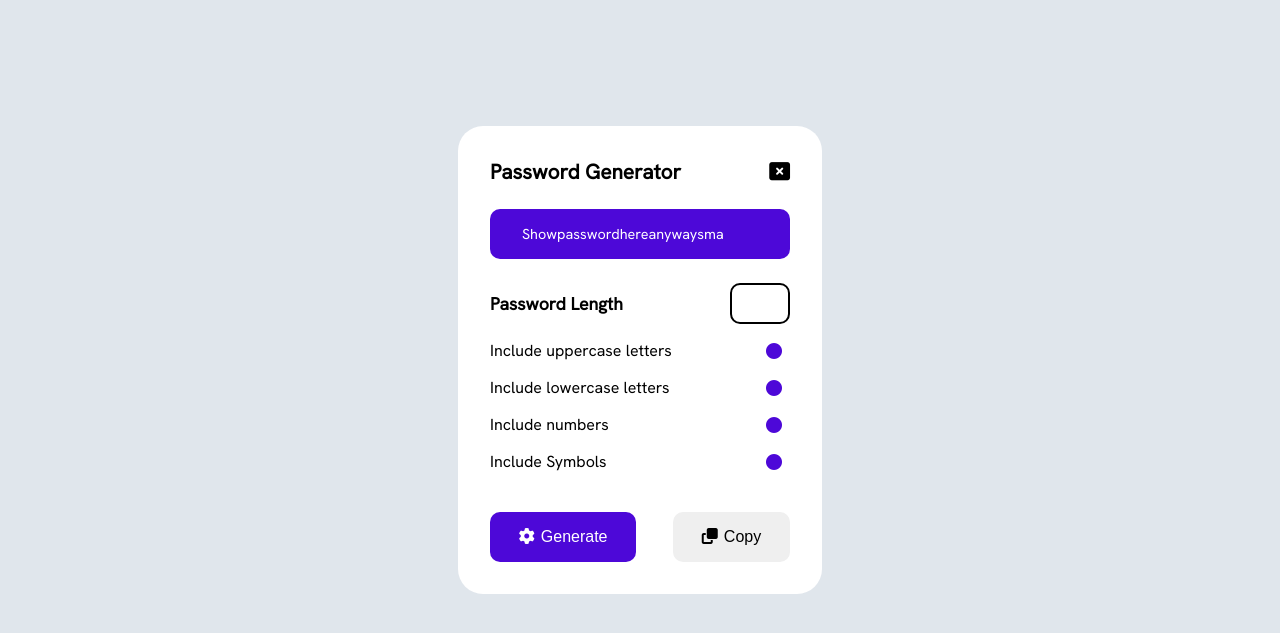
Repository: emiliaiwu/password_generator
Page: index.html
An editor plug-in stored every save of this project. The page is shown before and after the next save, followed by the edit.
The browser window is 1280 px wide. The pictures show the whole page.
Some web libraries are served in a nearby version.

Above is the page before, as saved 2022-12-14 05:07:05.

### index.html
<!DOCTYPE html>
<html lang="en">
<head>
    <meta charset="UTF-8">
    <meta http-equiv="X-UA-Compatible" content="IE=edge">
    <meta name="viewport" content="width=device-width, initial-scale=1.0">
    <link rel="stylesheet" href="style.css">
    <script src="https://kit.fontawesome.com/fd9c36575f.js" crossorigin="anonymous"></script>
    <title>Password Generator</title>
</head>
<body>
    <div class="container">
        <div class="title">
            <h2>Password Generator</h2>
            <i class="fa-solid fa-rectangle-xmark"></i>
        </div>

        <div class="display_password">
            <p>Showpasswordhereanywaysma</p>
        </div>

        <div class="password_attributes">
            <div class="password_length">
                <h3>Password Length</h3>
                <input type="text">
            </div>

            <div class="password_includes">
                <ul>
                    <li class="list">
                        <label for="uppercase" id="uppercase_letters">Include uppercase letters
                            <i class="fa-solid fa-circle"></i>
                            <i class="fa-solid fa-circle-check"></i>
                            <input type="checkbox" name="uppercase" id="uppercase" class="uppercase">
                        </label>
                    </li>
                    <li class="list">
                        <label for="lowercase" id="lowercase_letters">Include lowercase letters
                            <i class="fa-solid fa-circle"></i>
                            <i class="fa-solid fa-circle-check"></i>
                            <input type="checkbox" name="lowercase" id="lowercase" class="lowercase">
                        </label>
                    </li>
                    <li class="list">
                        <label for="numbers" id="include_numbers">Include numbers
                            <i class="fa-solid fa-circle"></i>
                            <i class="fa-solid fa-circle-check"></i>
                            <input type="checkbox" name="numbers" id="numbers" class="numbers">
                        </label>

                    </li>
                    <li class="list">
                        <label for="symbols" id="include_symbols">Include Symbols
                            <i class="fa-solid fa-circle"></i>
                            <i class="fa-solid fa-circle-check"></i>
                            <input type="checkbox" name="symbols" id="symbols" class="symbols">
                        </label>

                    </li>
                </ul>
            </div>
        </div>

        <div class="cta">
            <button class="btn generate"><i class="fa-solid fa-gear"></i>Generate</button>
            <button class="btn copy"><i class="fa-solid fa-clone"></i>Copy</button>
        </div>
    </div>
</body>
</html>

### style.css
@import url('https://fonts.googleapis.com/css2?family=Hanken+Grotesk:wght@300;400&display=swap');


* {
    margin: 0;
    padding: 0;
    box-sizing: border-box;
    list-style-type: none;
}


:root {
    --BG-COLOR: #fff;
    --BG-COLOR2:
}


body {
    width: 100vw;
    height: 100vh;
    font-family: 'Hanken Grotesk', sans-serif;
    display: flex;
    align-items: center;
    justify-content: center;
    color: #000;
    background-color: rgb(224, 230, 236);
}

.container {
    background-color: var(--BG-COLOR);
    display: flex;
    flex-direction: column;
    align-items: left;
    justify-content: space-between;
    gap: 1.5rem;
    padding: 2rem;
    border-radius: 25px;

}

h2 {
   font-size: 1.3rem;
   font-family: inherit;
}

h3 {
    font-size: 1.1rem;
    font-family: inherit;
}

.title,
label,
.password_length,
.cta {
    display: flex;
    align-items: center;
    justify-content: space-between;
}

.fa-rectangle-xmark {
    font-size: 1.3rem;
}

.display_password {
    padding: 1rem 2rem;
    width: 300px;
    border-radius: 10px;
    background: #4d08d8;
    color: #fff;
    overflow: hidden;
}

.display_password p {
    font-size: .9rem;
    word-wrap: break-word;
}

.password_length {
    margin-bottom: 1rem;
}

.password_length input[type="text"] {
    width: 60px;
    padding: .5rem .8rem;
    font-size: 1.1rem;
    border: 2px solid #000;
    border-radius: 10px;
}

.password_length input[type="text"]:focus {
    outline: none;
}

.list {
    margin-top: 1rem;
}

.list input[type="checkbox"] {
    /* width: 20px; */
    padding: 1rem;

}

label {
     position: relative;
}

.list .fa-solid {
    position: absolute;
    top: 50%;
    right: 0;
    transform: translate(-50%, -50%);
}

.fa-circle {
    color: #4d08d8;
}

.fa-circle-check{
    opacity: 0;
}

.list input {
    opacity: 0;
}


.btn {
    margin-top: 1rem;
    padding: 1rem 1.8rem;
    font-size: 1rem;
    border: none;
    border-radius: 10px;

}

.generate {
    background-color:#4d08d8;
    color: #fff;
}

.btn .fa-solid {
    margin-right: 6px;
}

After the next save:
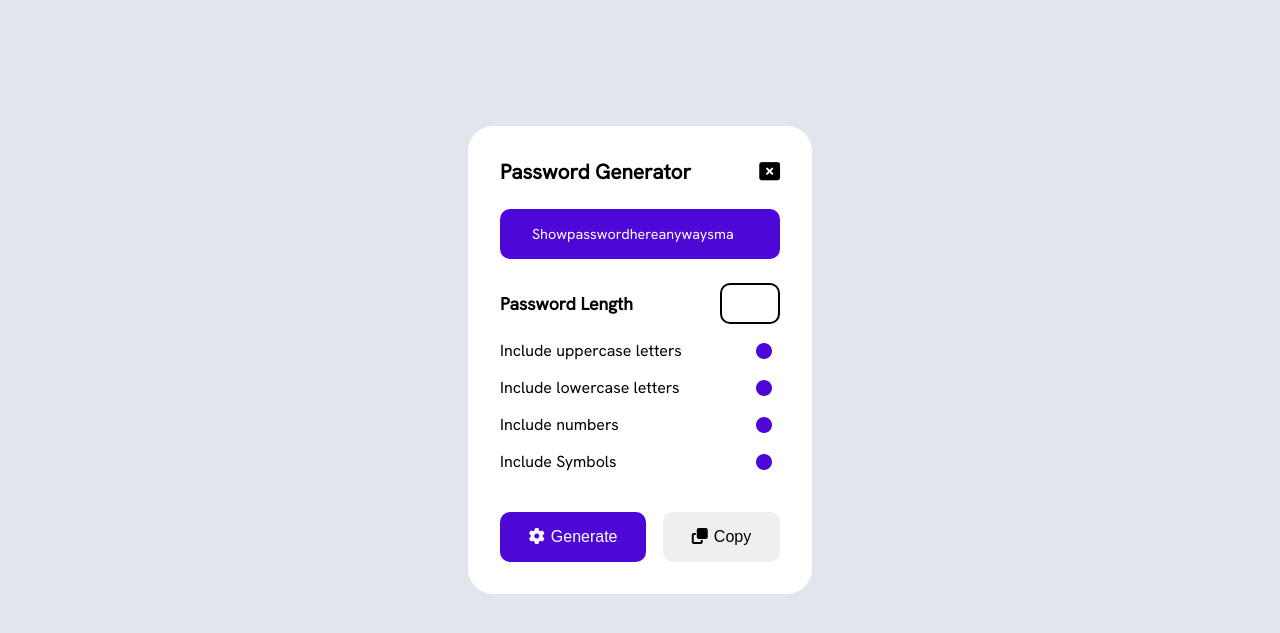
Saved 10 s later.
--- a/style.css
+++ b/style.css
@@ -63,7 +63,7 @@ label,
 
 .display_password {
     padding: 1rem 2rem;
-    width: 300px;
+    width: 280px;
     border-radius: 10px;
     background: #4d08d8;
     color: #fff;
